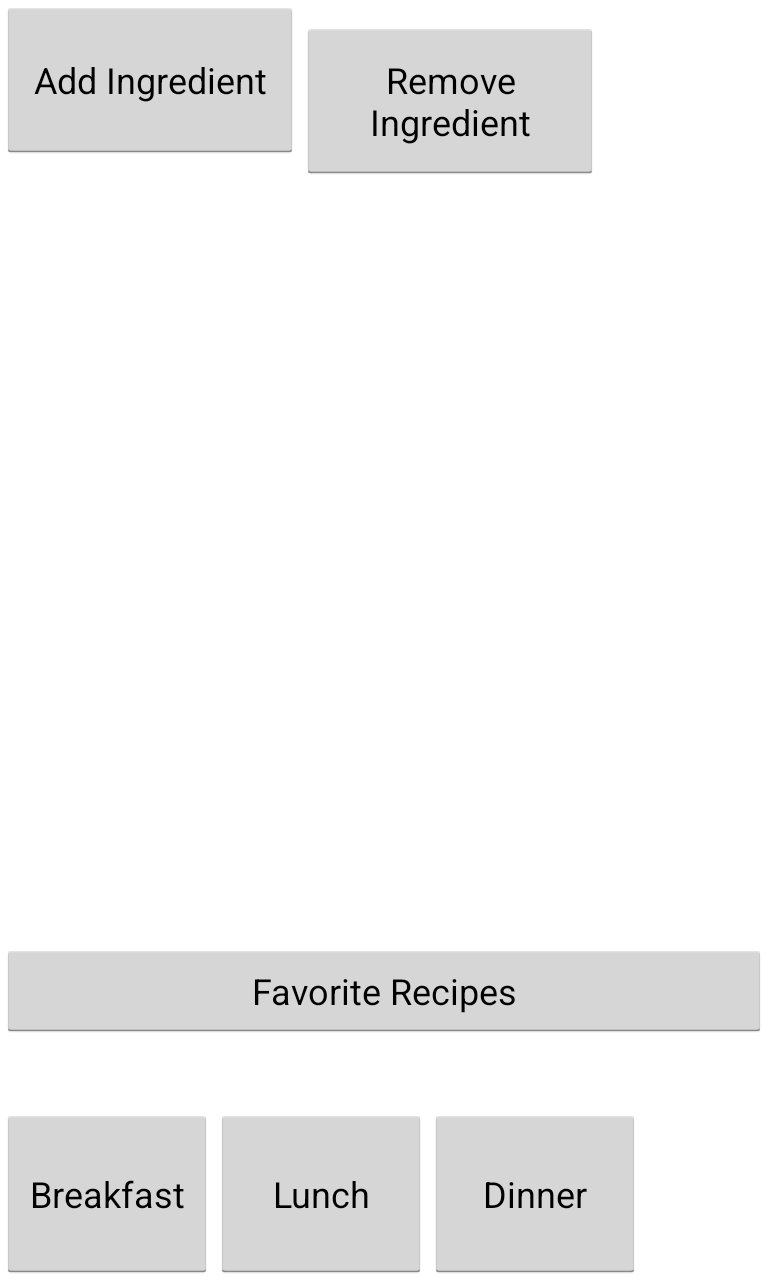
Repository: jmwood22/Boyardroid
Layout: Boyardroid/res/layout/activity_fridge.xml
The author's editor kept a copy of each file at every save. The layout is drawn from the files as they stood at one save, then again after the next save.
It is drawn on a 768 x 1280 px phone screen (xhdpi) without system bars, with theme AppTheme; the app's code is not run.

Above is the layout before, as saved 2013-02-20 10:34:54.

After the next save:
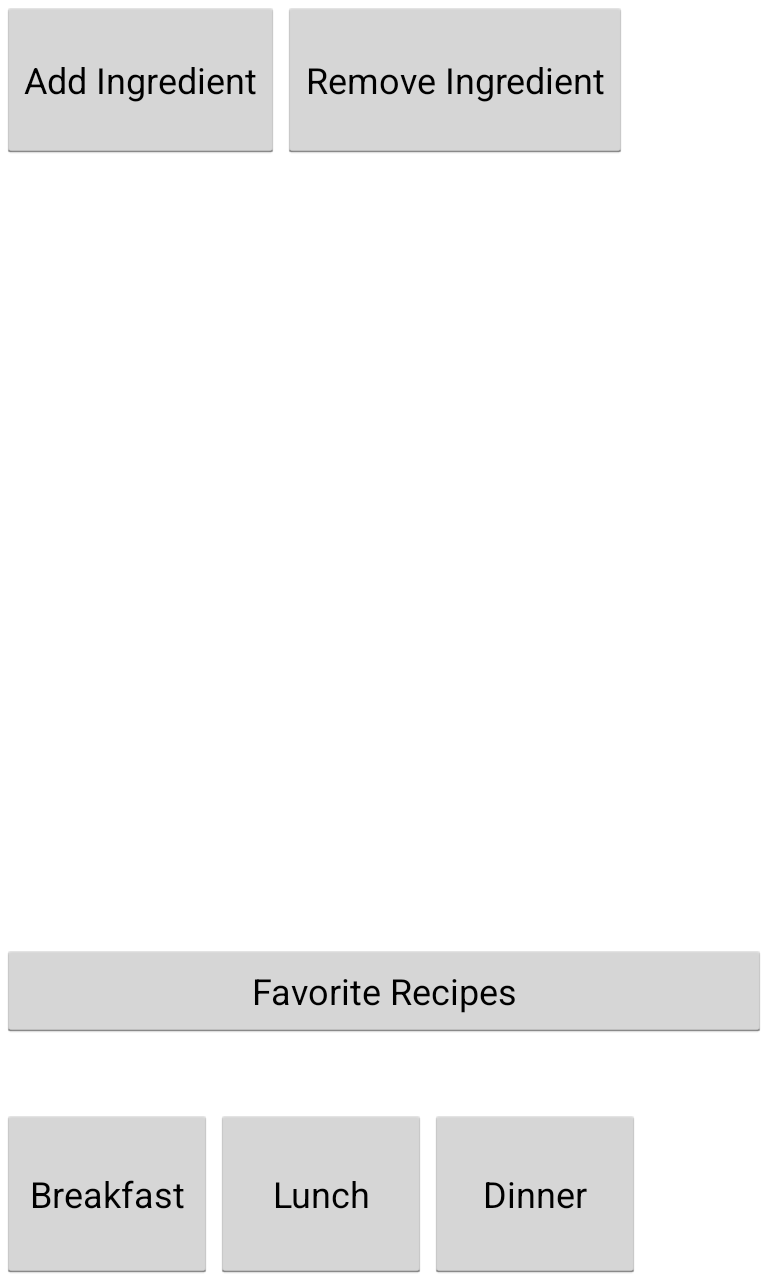
Saved 23 s later.
--- a/Boyardroid/res/layout/activity_fridge.xml
+++ b/Boyardroid/res/layout/activity_fridge.xml
@@ -13,7 +13,7 @@
 
         <Button
             android:id="@+id/button2"
-            android:layout_width="150dp"
+            android:layout_width="fill_parent"
             android:layout_height="80dp"
             android:layout_gravity="top"
             android:onClick="addIngre"
@@ -21,7 +21,7 @@
 
         <Button
             android:id="@+id/button3"
-            android:layout_width="150dp"
+            android:layout_width="fill_parent"
             android:layout_height="80dp"
             android:layout_gravity="top"
             android:onClick="removIngre"
